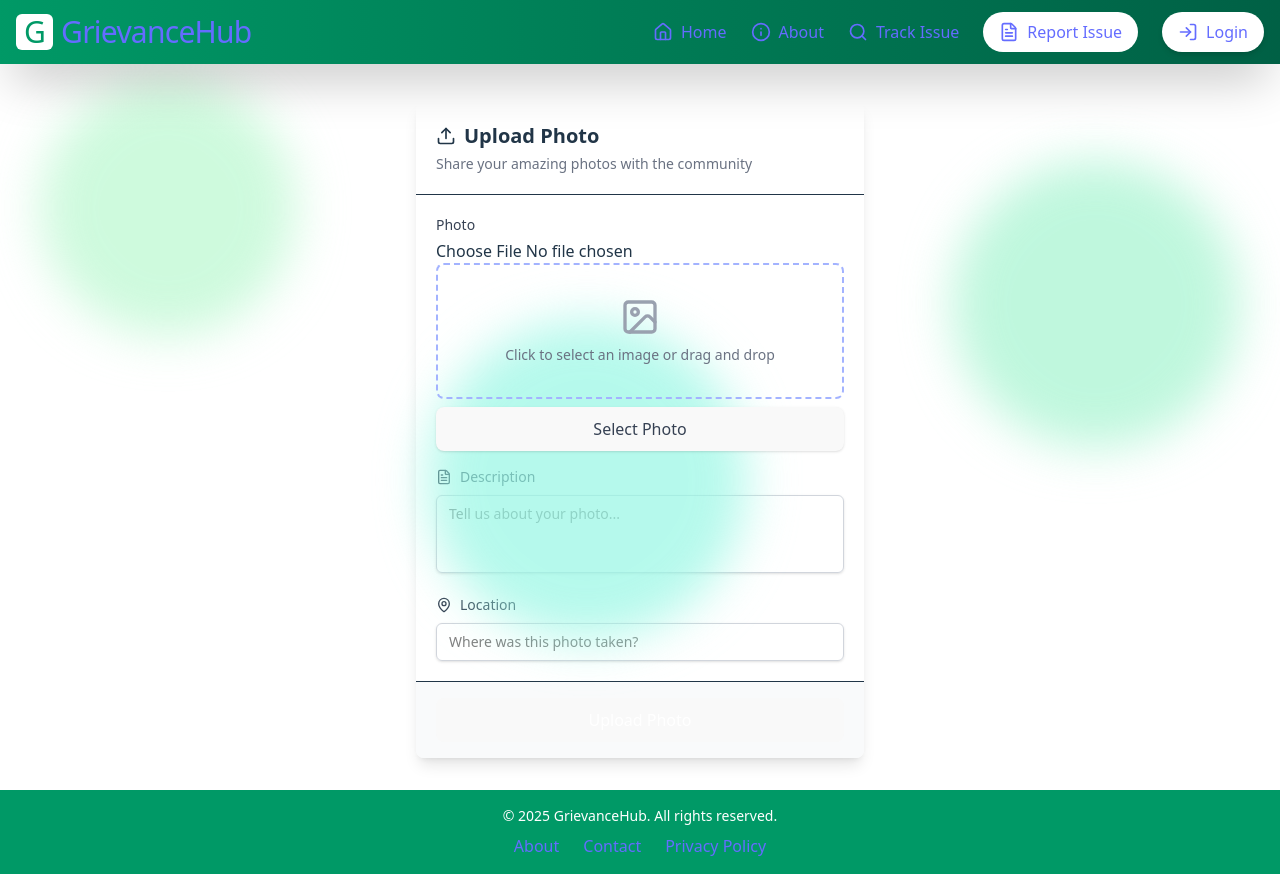
Repository: Aishi4/Grievance-Hub
Page: /report (app in my-vite-Griv/)
These files come from the project's save history. The page is drawn as it stood at one moment and after the next save; the edit follows.
The browser window is 1280 px wide. The pictures show the whole page.
The project was rebuilt for these pictures with package versions that can differ from the ones it lists, and the page was loaded fresh each time. Some packages were replaced by stand-ins written for this rebuild. Also part of the build but not shown: my-vite-Griv/vite.config.js, my-vite-Griv/src/Home.jsx, my-vite-Griv/src/ReportSubmit.jsx, my-vite-Griv/src/Report.jsx, my-vite-Griv/src/App.jsx, my-vite-Griv/src/About.jsx, my-vite-Griv/src/TrackIssue.jsx, my-vite-Griv/src/ViewPhoto.jsx and 1 more.

Above is the page before, as saved 2025-03-29 18:38:38.

### my-vite-Griv/src/main.jsx
import { StrictMode } from 'react'
import { createRoot } from 'react-dom/client'
import './index.css'
import App from './App.jsx'
import { Route,createBrowserRouter, createRoutesFromElements, RouterProvider } from 'react-router'
import Layout from './Layout.jsx'
import Home from './Home.jsx'
import Report from './Report.jsx'
import About from './About.jsx'
import TrackIssue from './TrackIssue.jsx'
import ReportSubmit from './ReportSubmit.jsx'
import UploadPhoto from './UploadPhoto.jsx'
import ViewPhoto from './ViewPhoto.jsx'
import AdminPanel from './AdminPanel.jsx'

const router = createBrowserRouter(
  createRoutesFromElements(
    <Route path='/' element={<Layout />}>
      <Route path="" element={<Home />} />
      <Route path="report" element={<UploadPhoto />} />
      <Route path="about" element={<About />} />
      <Route path="track" element={<ViewPhoto />} />
      <Route path='admin' element={<AdminPanel />} />


    </Route>
  )
)

createRoot(document.getElementById('root')).render(
  <StrictMode>




    <RouterProvider router={router} />

  </StrictMode>,
)

### my-vite-Griv/src/Layout.jsx
import { Outlet } from "react-router-dom";
import Navbar from "./Navbar";
import React from "react";
import Footer from "./Footer";

function Layout() {
  return (
    <div className="min-h-screen flex flex-col">
      <Navbar />
      <div className="flex-grow pt-[70px]"> {/* Adjust this padding based on navbar height */}
        <Outlet />
      </div>
      <Footer />
    </div>
  );
}
export default Layout;

### my-vite-Griv/src/UploadPhoto.jsx
"use client"

import { useState, useRef } from "react"
import { supabase } from "./supabase"
import { v4 as uuidv4 } from "uuid"
import { Upload, ImageIcon, MapPin, FileText, X, Check, Loader2 } from "lucide-react"
import { motion, AnimatePresence } from "framer-motion"

export default function UploadPhoto() {
  const [file, setFile] = useState(null)
  const [preview, setPreview] = useState(null)
  const [description, setDescription] = useState("")
  const [location, setLocation] = useState("")
  const [uploadStatus, setUploadStatus] = useState("")
  const [isUploading, setIsUploading] = useState(false)
  const [uploadCode, setUploadCode] = useState(null)
  const fileInputRef = useRef(null)

  const handleFileChange = (e) => {
    const selectedFile = e.target.files?.[0] || null
    setFile(selectedFile)

    if (selectedFile) {
      const reader = new FileReader()
      reader.onload = () => {
        setPreview(reader.result)
      }
      reader.readAsDataURL(selectedFile)
    } else {
      setPreview(null)
    }
  }

  const clearFile = () => {
    setFile(null)
    setPreview(null)
    if (fileInputRef.current) {
      fileInputRef.current.value = ""
    }
  }

  const handleUpload = async () => {
    if (!file) {
      setUploadStatus("Please select a file")
      return
    }

    setIsUploading(true)
    setUploadStatus("Uploading...")

    try {
      const uniqueCode = uuidv4().slice(0, 6) // Generate a 6-character code
      const filePath = `uploads/${uniqueCode}-${file.name}`

      // Upload image to Supabase Storage
      const { data: uploadData, error: uploadError } = await supabase.storage.from("images").upload(filePath, file)

      if (uploadError) {
        throw new Error(uploadError.message)
      }

      // Get the public URL of the uploaded file
      const { data: publicUrlData } = supabase.storage.from("images").getPublicUrl(filePath)
      const imageUrl = publicUrlData.publicUrl

      // Insert into Supabase database
      const { data: insertData, error: insertError } = await supabase
        .from("photos")
        .insert([{ code: uniqueCode, image_url: imageUrl, description, location, status: "Under Review" }])

      if (insertError) {
        throw new Error(insertError.message)
      }

      // Success
      setUploadCode(uniqueCode)
      setUploadStatus("success")
      setFile(null)
      setPreview(null)
      setDescription("")
      setLocation("")
    } catch (error) {
      setUploadStatus(`Error: ${error.message}`)
    } finally {
      setIsUploading(false)
    }
  }

  const resetForm = () => {
    setFile(null)
    setPreview(null)
    setDescription("")
    setLocation("")
    setUploadStatus("")
    setUploadCode(null)
    if (fileInputRef.current) {
      fileInputRef.current.value = ""
    }
  }

    return (
        <div className="flex justify-center items-center min-h-screen min-w-screen bg-white">
            <div className="absolute top-0 left-0 w-full h-full overflow-hidden z-0">
        <div className="absolute top-20 left-10 w-64 h-64 bg-green-200 rounded-full mix-blend-multiply filter blur-xl opacity-70 animate-blob"></div>
        <div className="absolute top-40 right-10 w-72 h-72 bg-emerald-200 rounded-full mix-blend-multiply filter blur-xl opacity-70 animate-blob animation-delay-2000"></div>
        <div className="absolute bottom-20 left-1/3 w-80 h-80 bg-teal-200 rounded-full mix-blend-multiply filter blur-xl opacity-70 animate-blob animation-delay-4000"></div>
      </div>
  <div className="bg-white p-6 rounded-lg  w-full">
    <div className="w-full max-w-md mx-auto bg-white rounded-lg shadow-lg overflow-hidden">
      <div className="p-5 border-b">
        <div className="flex items-center gap-2 text-xl font-semibold">
          <Upload className="h-5 w-5" />
          <span>Upload Photo</span>
        </div>
        <p className="text-sm text-gray-500 mt-1">Share your amazing photos with the community</p>
      </div>

      <div className="p-5 space-y-4">
        <AnimatePresence mode="wait">
          {uploadStatus === "success" ? (
            <motion.div
              initial={{ opacity: 0, y: 20 }}
              animate={{ opacity: 1, y: 0 }}
              exit={{ opacity: 0, y: -20 }}
              className="bg-green-50 p-6 rounded-lg text-center"
            >
              <motion.div
                initial={{ scale: 0 }}
                animate={{ scale: 1 }}
                transition={{ delay: 0.2, type: "spring" }}
                className="w-16 h-16 bg-green-100 rounded-full flex items-center justify-center mx-auto mb-4"
              >
                <Check className="h-8 w-8 text-green-600" />
              </motion.div>
              <h3 className="text-lg font-medium text-green-800 mb-2">Upload Successful!</h3>
              <p className="text-green-700 mb-4">Your photo has been uploaded and is under review.</p>
              <div className="bg-green-100 p-3 rounded-md inline-block">
                <p className="text-sm text-green-800">
                  Your code: <span className="font-mono font-bold">{uploadCode}</span>
                </p>
              </div>
              <button
                onClick={resetForm}
                className="mt-4 w-full py-2 px-4 border border-gray-300 rounded-md text-sm font-medium text-gray-700 bg-white hover:bg-gray-50 focus:outline-none focus:ring-2 focus:ring-offset-2 focus:ring-indigo-500 transition-colors"
              >
                Upload Another Photo
              </button>
            </motion.div>
          ) : (
            <motion.div initial={{ opacity: 0 }} animate={{ opacity: 1 }} exit={{ opacity: 0 }} className="space-y-4">
              <div className="space-y-2">
                <label htmlFor="photo" className="block text-sm font-medium text-gray-700 mb-1">
                  Photo
                </label>
                <div className="relative">
                  <input
                    ref={fileInputRef}
                    id="photo"
                    type="file"
                    accept="image/*"
                    onChange={handleFileChange}

                  />

                  <AnimatePresence>
                    {preview ? (
                      <motion.div
                        initial={{ opacity: 0 }}
                        animate={{ opacity: 1 }}
                        exit={{ opacity: 0 }}
                        className="relative aspect-video mb-2 rounded-lg overflow-hidden border-2 border-dashed border-indigo-300"
                      >
                        <img src={preview || "/placeholder.svg"} alt="Preview" className="w-full h-full object-cover" />
                        <button
                          className="absolute top-2 right-2 h-8 w-8 rounded-full bg-red-500 text-white flex items-center justify-center hover:bg-red-600 transition-colors"
                          onClick={clearFile}
                        >
                          <X className="h-4 w-4" />
                        </button>
                      </motion.div>
                    ) : (
                      <motion.div
                        initial={{ opacity: 0 }}
                        animate={{ opacity: 1 }}
                        exit={{ opacity: 0 }}
                        className="border-2 border-dashed border-indigo-300 rounded-lg p-8 text-center cursor-pointer hover:bg-gray-50 transition-colors"
                        onClick={() => fileInputRef.current?.click()}
                      >
                        <motion.div
                          whileHover={{ scale: 1.05 }}
                          whileTap={{ scale: 0.98 }}
                          className="flex flex-col items-center gap-2"
                        >
                          <ImageIcon className="h-10 w-10 text-gray-400" />
                          <p className="text-sm text-gray-500">Click to select an image or drag and drop</p>
                        </motion.div>
                      </motion.div>
                    )}
                  </AnimatePresence>

                  <button
                    type="button"
                    className="w-full mt-2 py-2 px-4 border border-gray-300 rounded-md shadow-sm text-sm font-medium text-gray-700 bg-white hover:bg-gray-50 focus:outline-none focus:ring-2 focus:ring-offset-2 focus:ring-indigo-500 transition-colors"
                    onClick={() => fileInputRef.current?.click()}
                  >
                    {file ? "Change Photo" : "Select Photo"}
                  </button>
                </div>
              </div>

              <div className="space-y-2">
                <label htmlFor="description" className="flex items-center gap-2 text-sm font-medium text-gray-700">
                  <FileText className="h-4 w-4" />
                  <span>Description</span>
                </label>
                <textarea
                  id="description"
                  placeholder="Tell us about your photo..."
                  value={description}
                  onChange={(e) => setDescription(e.target.value)}
                  className="w-full px-3 py-2 border border-gray-300 rounded-md shadow-sm text-black focus:outline-none focus:ring-indigo-500 focus:border-indigo-500 sm:text-sm resize-none"
                  rows={3}
                />
              </div>

              <div className="space-y-2">
                <label htmlFor="location" className="flex items-center gap-2 text-sm font-medium text-gray-700">
                  <MapPin className="h-4 w-4" />
                  <span>Location</span>
                </label>
                <input
                  id="location"
                  type="text"
                  placeholder="Where was this photo taken?"
                  value={location}
                  onChange={(e) => setLocation(e.target.value)}
                  className="w-full px-3 py-2 border border-gray-300 rounded-md shadow-sm focus:outline-none focus:ring-indigo-500 focus:border-indigo-500 sm:text-sm text-black"
                />
              </div>

              {uploadStatus && uploadStatus !== "success" && uploadStatus !== "Uploading..." && (
                <motion.div
                  initial={{ opacity: 0, y: 10 }}
                  animate={{ opacity: 1, y: 0 }}
                  className="text-red-500 text-sm p-2 bg-red-50 rounded"
                >
                  {uploadStatus}
                </motion.div>
              )}
            </motion.div>
          )}
        </AnimatePresence>
      </div>

      <div className="px-5 py-4 bg-gray-50 border-t">
        {uploadStatus !== "success" && (
          <button
            onClick={handleUpload}
            disabled={isUploading || !file}
            className={`w-full py-2 px-4 rounded-md text-sm font-medium text-white focus:outline-none focus:ring-2 focus:ring-offset-2 focus:ring-indigo-500 transition-colors ${
              isUploading || !file ? "bg-indigo-300 cursor-not-allowed" : "bg-indigo-600 hover:bg-indigo-700"
            }`}
          >
            {isUploading ? (
              <span className="flex items-center justify-center">
                <Loader2 className="mr-2 h-4 w-4 animate-spin" />
                Uploading...
              </span>
            ) : (
              <>Upload Photo</>
            )}
          </button>
        )}
      </div>
                </div>
            </div>
            </div>
  )
}

### my-vite-Griv/src/Navbar.jsx
import React, { useState } from 'react';
import { Link } from "react-router-dom";
import { motion } from "framer-motion";
import { Home, Info, Search, FileText, LogIn } from "lucide-react";

const Navbar = () => {
  const [isHovered, setIsHovered] = useState(null);

  const navItems = [
    {
      to: "/",
      label: "Home",
      icon: Home
    },
    {
      to: "/about",
      label: "About",
      icon: Info
    },
    {
      to: "/track",
      label: "Track Issue",
      icon: Search
    },
    {
      to: "/report",
      label: "Report Issue",
      icon: FileText,
      special: true
    }
  ];

  return (
    <motion.nav
      initial={{ opacity: 0, y: -50 }}
      animate={{ opacity: 1, y: 0 }}
      transition={{ duration: 0.6, type: "spring", stiffness: 50 }}
      className="fixed w-full z-50 bg-gradient-to-r from-emerald-600 to-emerald-800 text-white shadow-2xl"
    >
      <div className="container mx-auto px-4 py-3 flex justify-between items-center">
        {/* Logo with Hover Effect */}
        <motion.div
          whileHover={{ scale: 1.1 }}
          whileTap={{ scale: 0.95 }}
        >
          <Link
            to="/"
            className="text-3xl font-extrabold tracking-tight flex items-center space-x-2"
          >
            <span className="bg-white text-emerald-600 px-2 rounded-md">G</span>
            <span>GrievanceHub</span>
          </Link>
        </motion.div>

        {/* Navigation Links and Login */}
        <div className="flex items-center space-x-6">
          {navItems.map((item, index) => (
            <motion.div
              key={item.to}
              onHoverStart={() => setIsHovered(index)}
              onHoverEnd={() => setIsHovered(null)}
              className="relative"
            >
              <Link
                to={item.to}
                className={`
                  flex items-center space-x-2
                  ${item.special
                    ? 'bg-white text-emerald-600 px-4 py-2 rounded-full'
                    : 'text-white hover:text-emerald-200'}
                  transition-all duration-300
                `}
              >
                <item.icon size={20} />
                <span>{item.label}</span>
              </Link>

              {!item.special && isHovered === index && (
                <motion.div
                  layoutId="underline"
                  className="absolute bottom-[-6px] left-0 right-0 h-1 bg-white rounded-full"
                  initial={{ width: 0 }}
                  animate={{ width: '100%' }}
                />
              )}
            </motion.div>
          ))}

          {/* Login Button */}
          <motion.div
            whileHover={{ scale: 1.05 }}
            whileTap={{ scale: 0.95 }}
          >
            <Link
              to="/login"
              className="flex items-center space-x-2 bg-white text-emerald-700 px-4 py-2 rounded-full font-semibold shadow-md hover:bg-emerald-50 transition-all duration-300"
            >
              <LogIn size={20} />
              <span>Login</span>
            </Link>
          </motion.div>
        </div>
      </div>
    </motion.nav>
  );
};

export default Navbar;

### my-vite-Griv/src/Footer.jsx
const Footer = () => {
    return (
      <footer className="w-full bg-emerald-600 text-white py-4 text-center">
        <p className="text-sm">&copy; {new Date().getFullYear()} GrievanceHub. All rights reserved.</p>
        <div className="flex justify-center space-x-6 mt-2">
          <a href="/about" className="hover:underline">About</a>
          <a href="/contact" className="hover:underline">Contact</a>
          <a href="/privacy" className="hover:underline">Privacy Policy</a>
        </div>
      </footer>
    );
};
export default Footer;

### my-vite-Griv/src/supabase.js
import { createClient } from "@supabase/supabase-js";

const SUPABASE_URL = "https://sttpmwjxcnlfphnplylt.supabase.co";
const SUPABASE_ANON_KEY =
  "eyJhbGciOiJIUzI1NiIsInR5cCI6IkpXVCJ9.eyJpc3MiOiJzdXBhYmFzZSIsInJlZiI6InN0dHBtd2p4Y25sZnBobnBseWx0Iiwicm9sZSI6ImFub24iLCJpYXQiOjE3NDMyMjY0NzYsImV4cCI6MjA1ODgwMjQ3Nn0.PveWFl7QQpdJSmyEdTsNMzChrysuaJmnoFUdfG0cV_4";

export const supabase = createClient(SUPABASE_URL, SUPABASE_ANON_KEY);

Loaded but not shown: my-vite-Griv/index.html (common file); my-vite-Griv/src/index.css (common file)

After the next save:
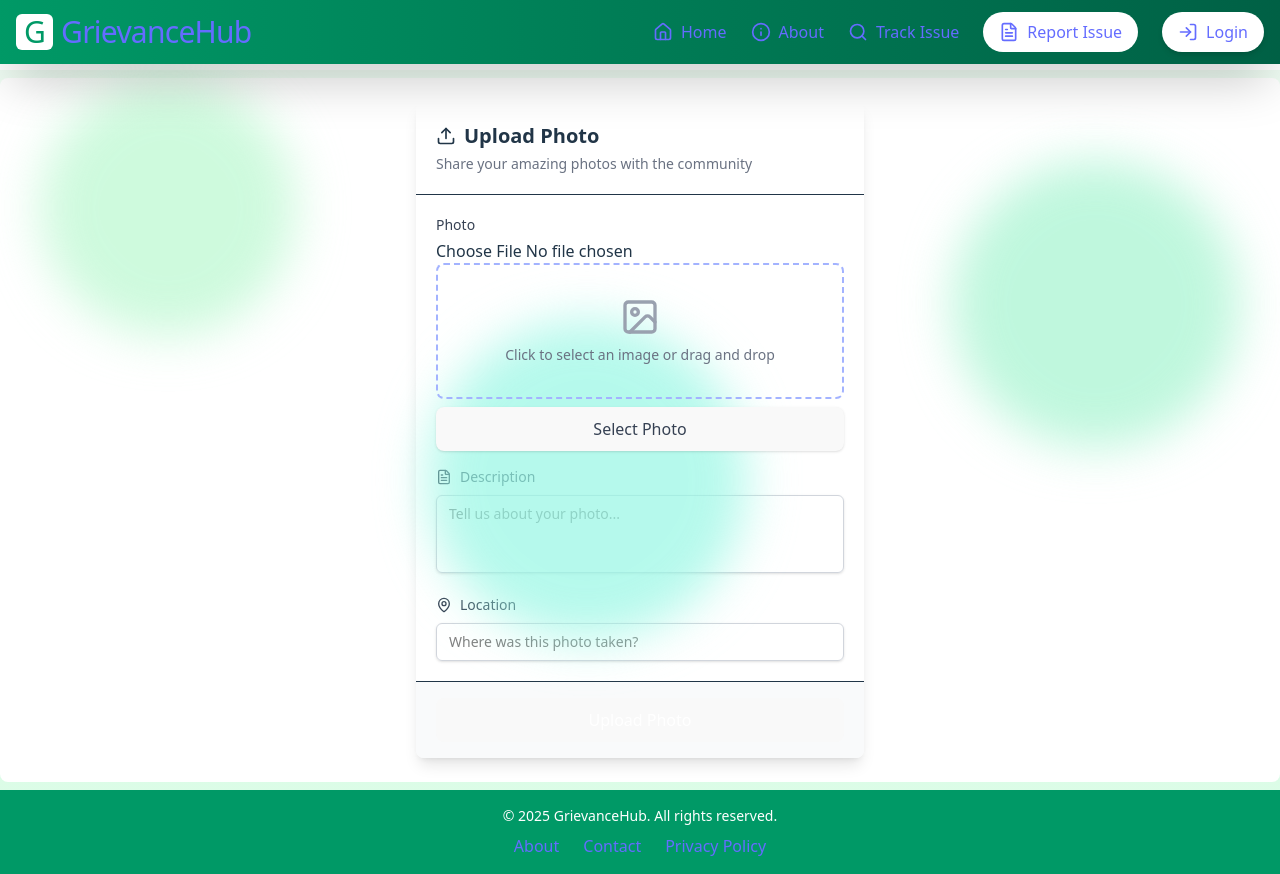
Saved 33 s later.
--- a/my-vite-Griv/src/UploadPhoto.jsx
+++ b/my-vite-Griv/src/UploadPhoto.jsx
@@ -99,7 +99,7 @@ export default function UploadPhoto() {
   }
 
     return (
-        <div className="flex justify-center items-center min-h-screen min-w-screen bg-white">
+        <div className="flex justify-center items-center min-h-screen min-w-screen bg-gradient-to-b from-green-50 to-green-100">
             <div className="absolute top-0 left-0 w-full h-full overflow-hidden z-0">
         <div className="absolute top-20 left-10 w-64 h-64 bg-green-200 rounded-full mix-blend-multiply filter blur-xl opacity-70 animate-blob"></div>
         <div className="absolute top-40 right-10 w-72 h-72 bg-emerald-200 rounded-full mix-blend-multiply filter blur-xl opacity-70 animate-blob animation-delay-2000"></div>
